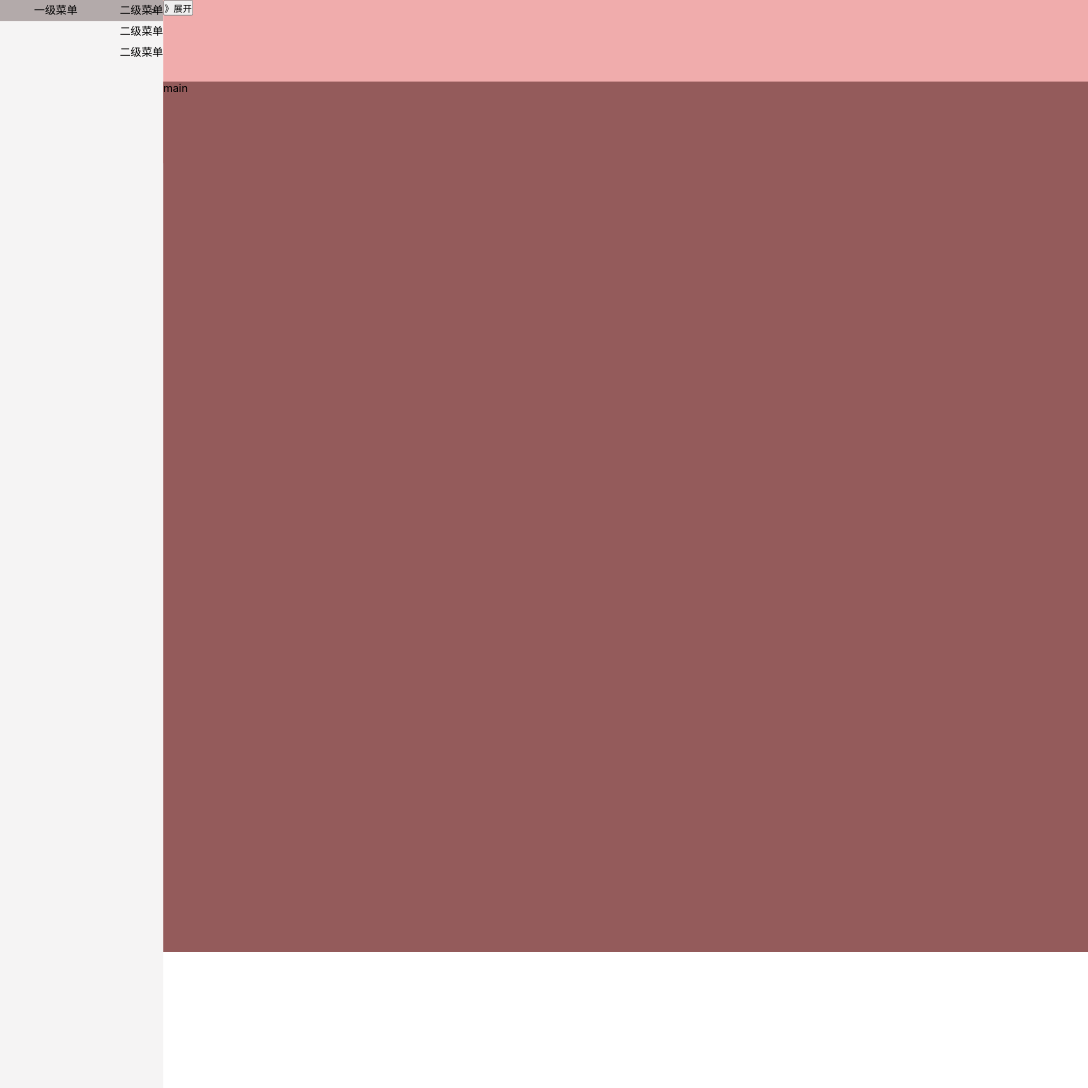
Repository: quinnlao/react_admin
Page: /
An editor plug-in stored every save of this project. The page is shown before and after a run of saves, followed by the edit.
The browser window is 1280 px wide. The page is 1600 px wide, so the pictures cover 1600 px, including what lies to the right of the window. The pictures show the whole page, at 68% of full size.
The project was rebuilt for these pictures with package versions that can differ from the ones it lists, and the page was loaded fresh each time.

Above is the page before, as saved 2022-06-10 17:41:04.

After the next 2 saves:
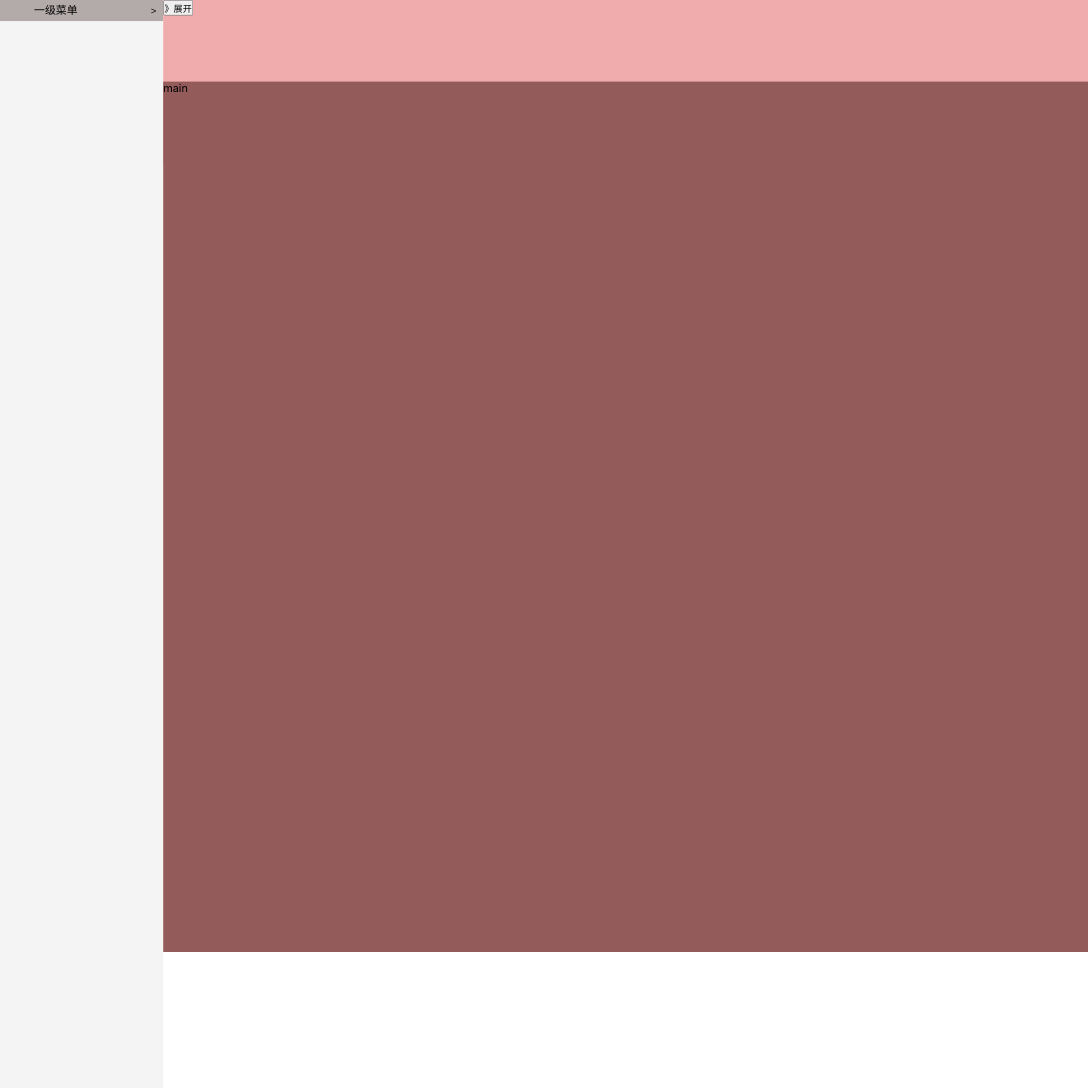
The 2 saves are shown as one change because they came seconds apart.
The last was saved 7 s later.
--- a/src/aside/aside.less
+++ b/src/aside/aside.less
@@ -12,7 +12,7 @@
         padding-left: 50px;
         .childMenu{
             float: right;
-            margin-right: -;
+            margin-right: -25rem;
             li{
                 display: none;
 

After the save that followed:
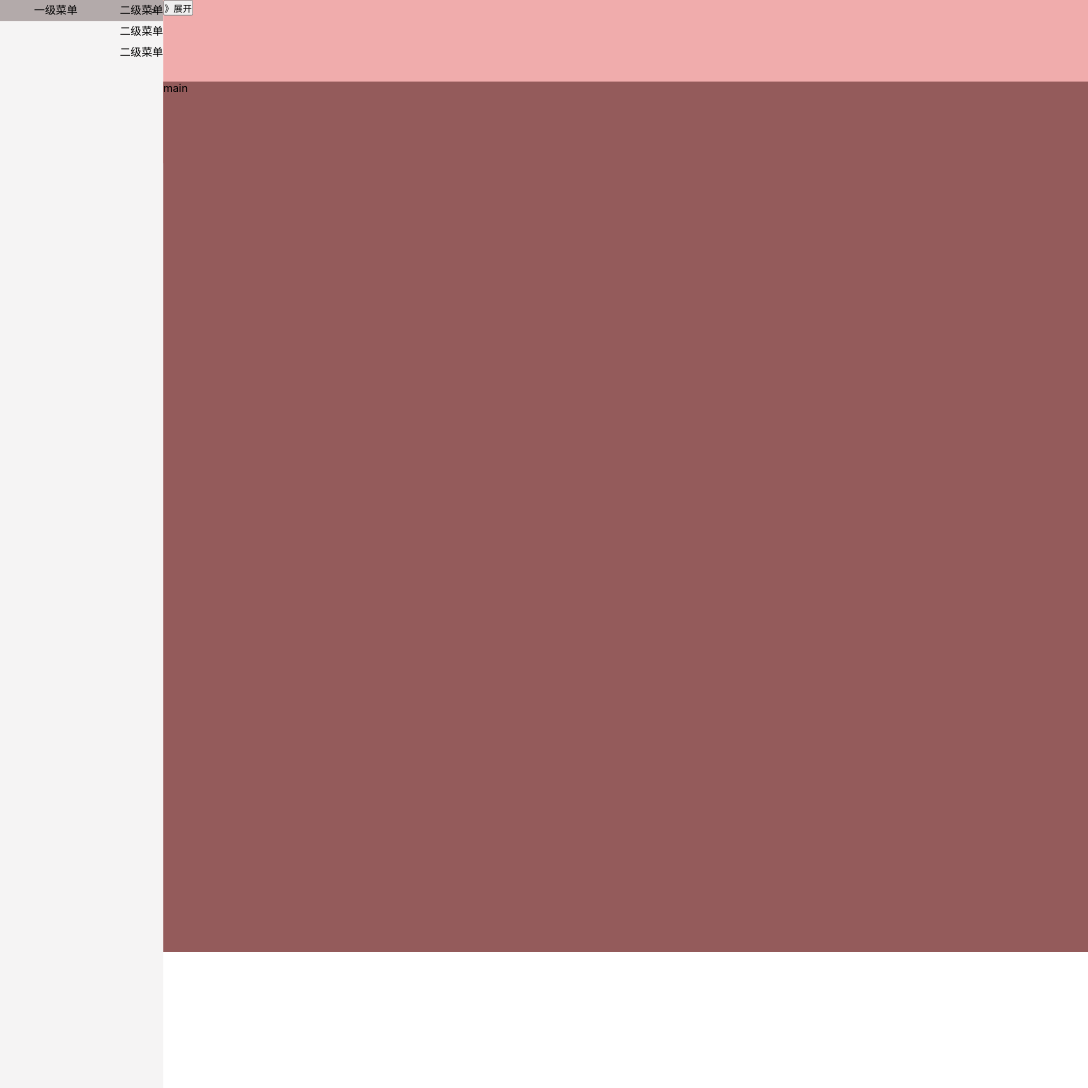
Saved 8 min 7 s later.
--- a/src/aside/aside.less
+++ b/src/aside/aside.less
@@ -12,7 +12,6 @@
         padding-left: 50px;
         .childMenu{
             float: right;
-            margin-right: -25rem;
             li{
                 display: none;
 
